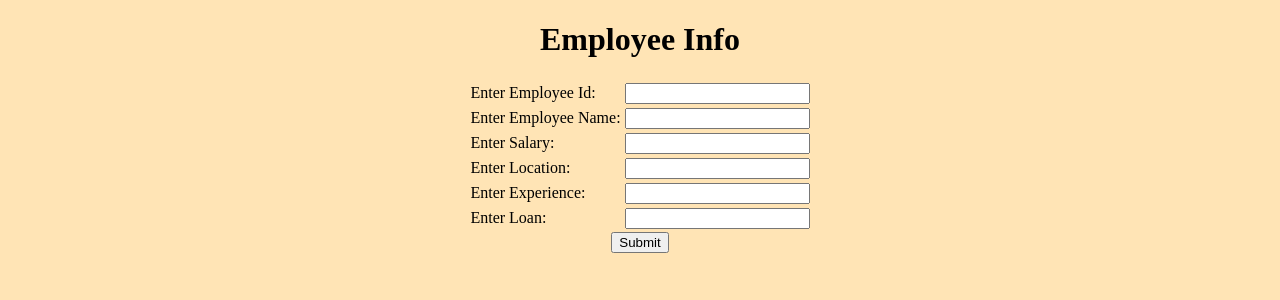
Repository: mounikagunda/corejavaproject
Page: http://localhost/projectjsp1/Insert.jsp
The author's editor kept a copy of each file at every save. The page is drawn from the files as they stood at one save, then again after the next save.
The browser window is 1280 px wide. The pictures show the whole page.
The page is served by Tomcat 9. Nobody is signed in. The application's start-up code is not run.

Above is the page before, as saved 2016-12-22 07:36:44.

After the next save:
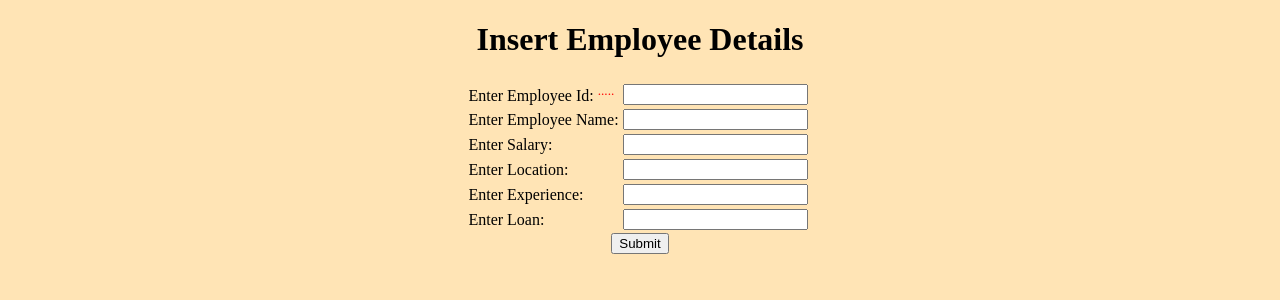
Saved 7 min 21 s later.
--- a/projectjsp1/WebContent/Insert.jsp
+++ b/projectjsp1/WebContent/Insert.jsp
@@ -4,19 +4,52 @@
 <html>
 <head> <meta http-equiv="Content-Type" content="text/html; charset=ISO-8859-1">
 
-<title>Insert title here</title>
+<title>Insert Employee details</title>
+<script type="text/javascript">
+function validation()
+{
+	var employeeId=document.getElementById("employeeId").value;
+
+	if(employeeId==""||employeeId==null)
+		{
+		//alert("please enter employee Id");
+		document.getElementById("error").innerHTML="please enter id";
+		return false;
+		}
+	else
+		return true;
+
+
+
+	}
+
+	function clearField()
+	{
+		document.getElementById("error").innerHTML=" ";
+	}
+
+
+</script>
+<style type="text/css">
+#dot{
+color: red;
+}
+</style>
+
+
 </head>
-<body>
+
 <body style="background-color:Moccasin">
 <div align="center">
-<h1>Employee Info</h1>
+<h1>Insert Employee Details</h1>
 
 <form action="EmployeeServlet" method="post">
 
  <table>
     <tr>
-      <td>Enter Employee Id:</td>
-      <td><input type="text" name="employeeId" /></td>
+     <td>Enter Employee Id: <sup id="dot">.....</sup> </td>
+      <td><input type="text" name="empid" id="employeeid" onkeypress="return clearField()"/></td>
+      <td> <span id="error"></span> </td>
     </tr>
 
     <tr>
